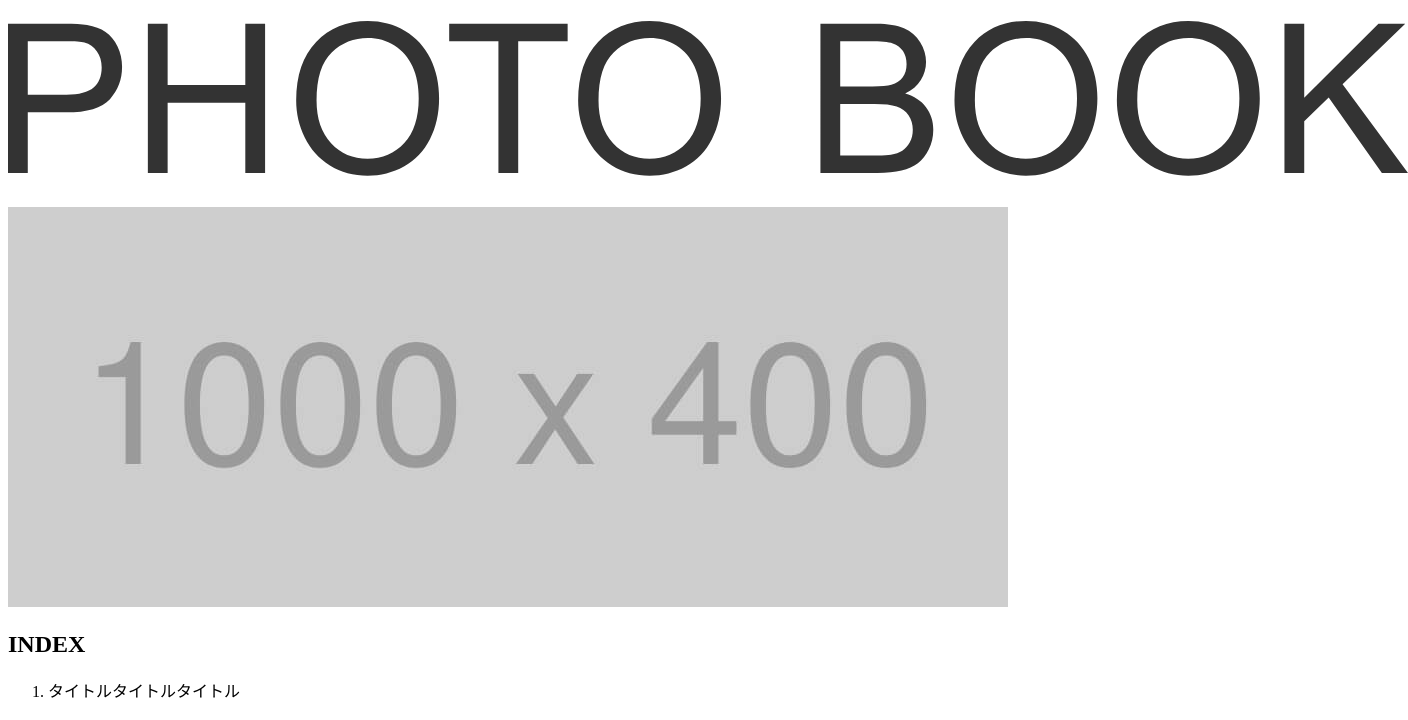
Repository: Fuki-san/photo-book-1
Page: http://localhost/photo
These files come from the project's save history. The page is drawn as it stood at one moment and after the next save; the edit follows.
The browser window is 1280 px wide. The page is 1408 px wide, so the pictures cover 1408 px, including what lies to the right of the window. The pictures show the whole page.
The page is served by the project's Laravel application, run on PHP 8.4 with Laravel 10.

Above is the page before, as saved 2023-11-28 15:43:24.

After the next save:
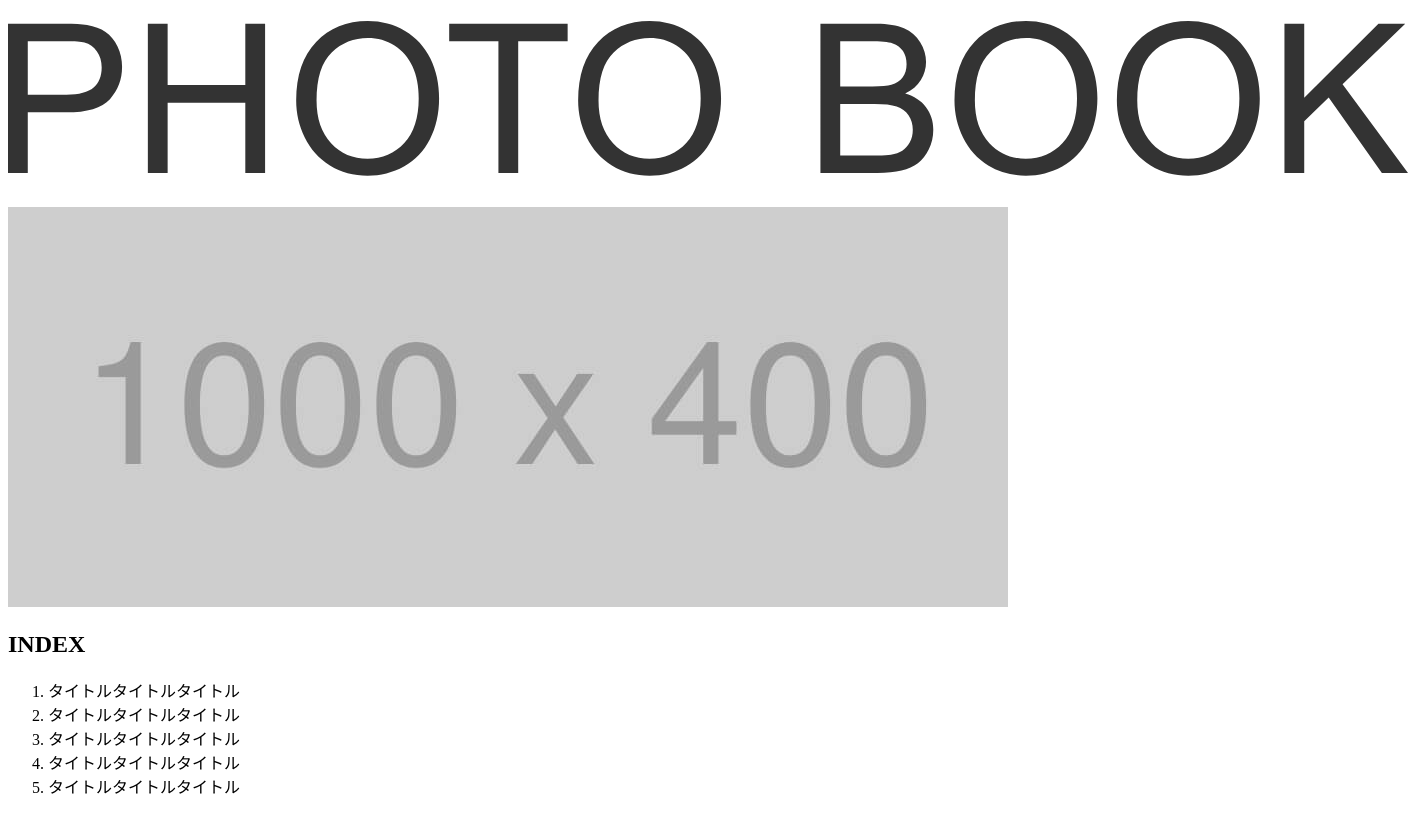
Saved 4 s later.
--- a/resources/views/photo.blade.php
+++ b/resources/views/photo.blade.php
@@ -17,6 +17,10 @@
                     <h2 class="sec-title">INDEX</h2>
                     <ol class="index-list">
                         <li>タイトルタイトルタイトル</li>
+                        <li>タイトルタイトルタイトル</li>
+                        <li>タイトルタイトルタイトル</li>
+                        <li>タイトルタイトルタイトル</li>
+                        <li>タイトルタイトルタイトル</li>
                     </ol>
                 </div>
             </section>
